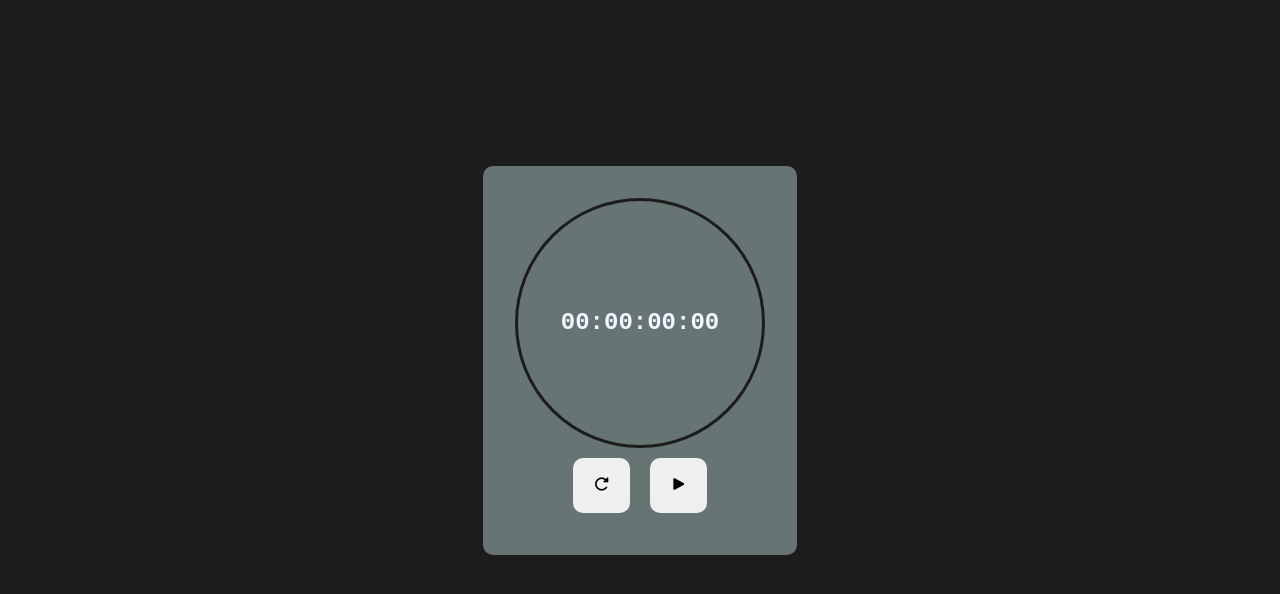
Repository: ValdemarCaculo/TEMPORIZADOR
Page: index.html
These files come from the project's save history. The page is drawn as it stood at one moment and after the next save; the edit follows.
The browser window is 1280 px wide. The pictures show the whole page.
Some web libraries are served in a nearby version.

Above is the page before, as saved 2025-12-06 15:31:13.

### index.html
<!DOCTYPE html>
<html lang="en">

<head>
    <meta charset="UTF-8">
    <meta name="viewport" content="width=device-width, initial-scale=1.0">
    <link rel="stylesheet" href="/CSS/style.css">
    <link rel="stylesheet" href="https://cdnjs.cloudflare.com/ajax/libs/font-awesome/7.0.1/css/all.min.css"
        integrity="sha512-2SwdPD6INVrV/lHTZbO2nodKhrnDdJK9/kg2XD1r9uGqPo1cUbujc+IYdlYdEErWNu69gVcYgdxlmVmzTWnetw=="
        crossorigin="anonymous" referrerpolicy="no-referrer" />
    <title>Temporizador</title>
</head>

<body>
    <div class="contador">

        <h2 id="time">00:00:00:00</h2>

        <div class="content">

            <button id="reset">
                <i class="fa-solid fa-rotate-right"></i>
            </button>
            <button id="inicio" action="start">
                <i class="fa-solid fa-play">
                </i></button>

        </div>
    </div>



</body>

</html>

### CSS/style.css
* {
    margin: 0;
    padding: 0;
    box-sizing: border-box;
    font-family: 'Courier New', Courier, monospace;
}

body {
    height: 100vh;
    display: flex;
    background-color: #1c1c1c;
    color: aliceblue;
    align-items: center;
    justify-content: center;


}

.contador {
    padding: 2rem;
    background-color: #677474;
    border-radius: 10px;
}

#time {
    background-color: #677474;
    width: 250px;
    height: 250px;
    border: 3px solid #1c1c1c;
    padding: 1rem;
    border-radius: 50%;
    align-items: center;
    justify-content: center;
    display: flex;
}

button {
    border-radius: 10px;
    margin: 10px;
    padding: 20px;
    border: none;
    transition: 3ms ;

}
button :hover{
    background-color: red;

}

.content{
    display: flex;
    justify-content: center;

}

After the next save:
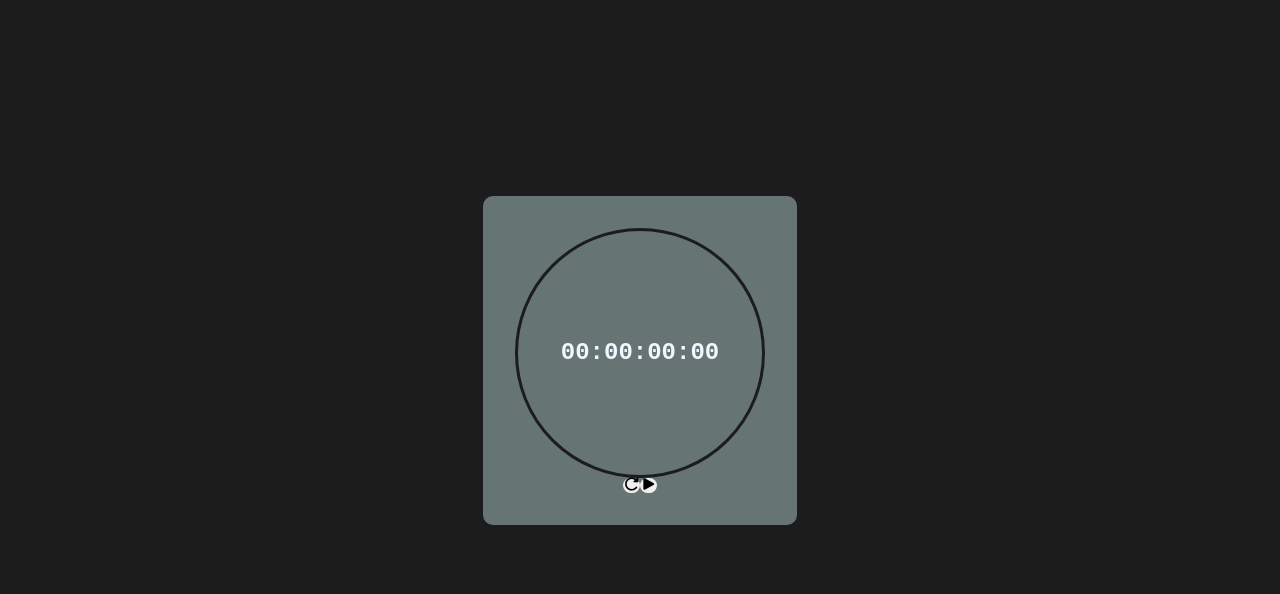
Saved 18 s later.
--- a/CSS/style.css
+++ b/CSS/style.css
@@ -36,8 +36,7 @@ body {
 
 button {
     border-radius: 10px;
-    margin: 10px;
-    padding: 20px;
+
     border: none;
     transition: 3ms ;
 
